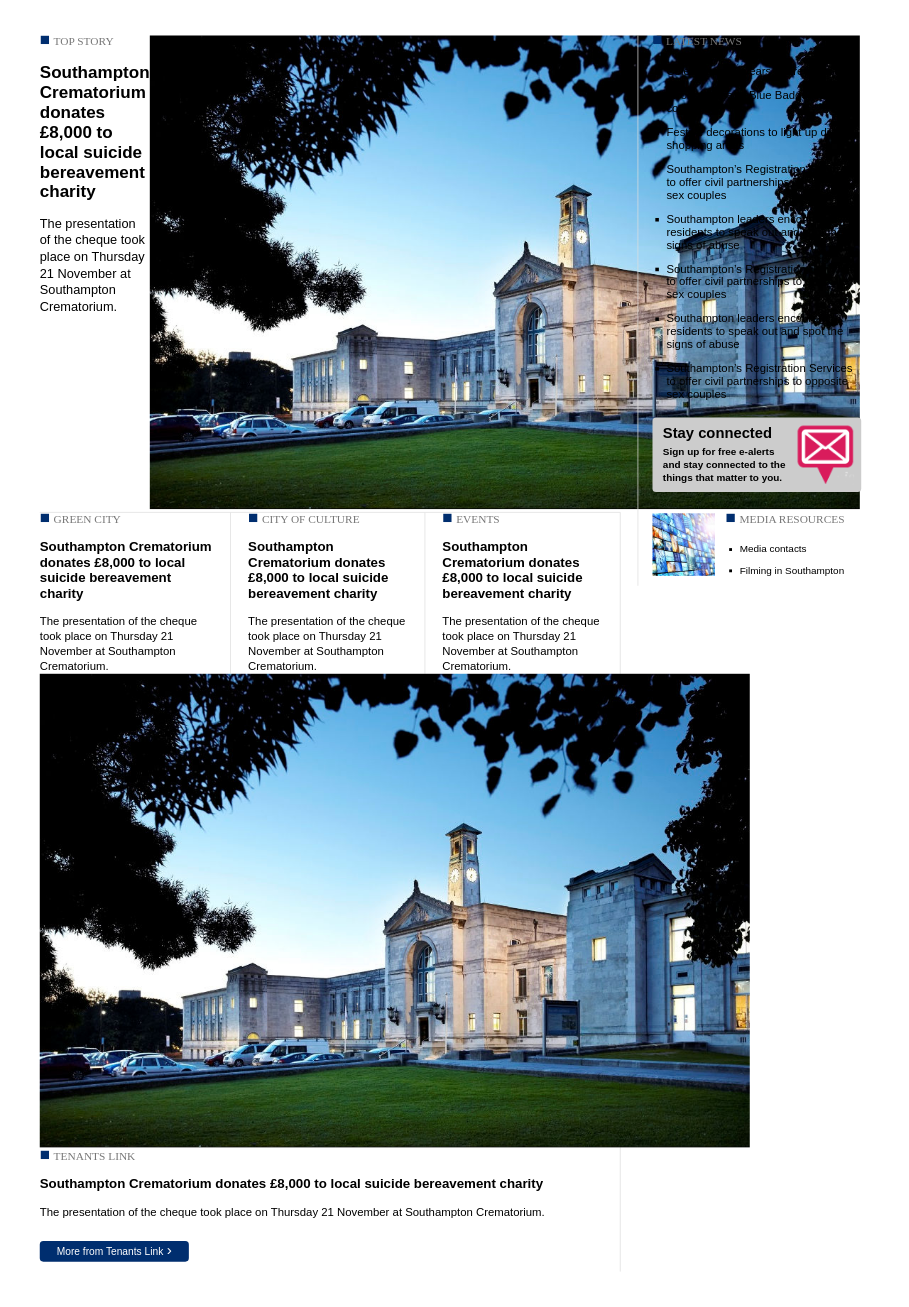
Repository: Domehead123/newspage
Page: news.html
The author's editor kept a record of every edit. The page is drawn from the files as they stood at one moment, then again after the next edit.
The browser window is 1280 px wide. The pictures show the whole page, at 71% of full size.
Some web libraries are served in a nearby version.

Above is the page before.

### news.html
<!DOCTYPE html>
<html lang="en">

<head>
    <meta charset="UTF-8">
    <meta name="viewport" content="width=device-width, initial-scale=1.0">
    <meta http-equiv="X-UA-Compatible" content="ie=edge">
    <script src="https://ajax.googleapis.com/ajax/libs/jquery/3.4.1/jquery.min.js"></script>

    <script src="https://kit.fontawesome.com/aae406265c.js" crossorigin="anonymous"></script>

    <link rel="stylesheet" href="news.css" type="text/css" />
    <title>News & Events</title>
</head>

<body>
    <div class="page-width">

        <div class="split-page">
            <div class="top-row">
                <div class="top-story">

                    <div class="subject-header">TOP STORY</div>


                    <h2><a href="#">Southampton Crematorium donates £8,000 to local suicide bereavement charity</a></h2>
                    <p><a href="#">The presentation of the cheque took place on Thursday 21 November at Southampton Crematorium.</a></p>
                </div>

                <div class="top-story-image">
                    <a href="#"><img src="images/civic-centre-2.jpg"></a>
                </div>
            </div>

            <div class="lower-stories">

                <div class="row">
                    <div class="topic right-border">
                        <div class="subject-header ">GREEN CITY</div>

                        <h3><a href="#">Southampton Crematorium donates £8,000 to local suicide bereavement charity</a></h3>
                        <p><a href="#">The presentation of the cheque took place on Thursday 21 November at Southampton Crematorium.</a></p>
                    </div>
                    <div class="topic right-border">
                        <div class="subject-header">CITY OF CULTURE</div>

                        <h3><a href="#">Southampton Crematorium donates £8,000 to local suicide bereavement charity</a></h3>
                        <p><a href="#">The presentation of the cheque took place on Thursday 21 November at Southampton Crematorium.</a></p>
                    </div>

                    <div class="topic">
                        <div class="subject-header ">EVENTS</div>

                        <h3><a href="#">Southampton Crematorium donates £8,000 to local suicide bereavement charity</a></h3>
                        <p><a href="#">The presentation of the cheque took place on Thursday 21 November at Southampton Crematorium.</a></p>

                    </div>

                </div>




                <div class="row">
                    <div class="lower-image">
                        <a href="#"><img src="images/civic-centre-2.jpg"></a>
                    </div>
                    <div class="tenants-container">
                        <div class="tenants">

                            <div class="subject-header ">TENANTS LINK</div>

                            <h3><a href="#">Southampton Crematorium donates £8,000 to local suicide bereavement charity</a></h3>
                            <p><a href="#">The presentation of the cheque took place on Thursday 21 November at Southampton Crematorium.</a></p>

                        </div>
                        <p class="more"><a href="#">More from Tenants Link</a></p>
                    </div>




                </div>

            </div>


        </div>

        <div class="side-panel">

            <div class="latest-news">
                <div class="subject-header">LATEST NEWS</div>

                <ul>
                    <li><a href="#">Celebrating 25 years of Trees for Life</a></li>
                    <li><a href="#">Wrongful use of Blue Badge leads to conviction</a></li>
                    <li><a href="#">Festive decorations to light up district shopping areas</li>
                    <li><a href="#">Southampton’s Registration Services to offer civil partnerships to opposite sex couples</a></li>
                    <li><a href="#">Southampton leaders encourage residents to speak out and spot the signs of abuse</a></li>
                    <li><a href="#">Southampton’s Registration Services to offer civil partnerships to opposite sex couples</a></li>
                    <li><a href="#">Southampton leaders encourage residents to speak out and spot the signs of abuse</a></li>
                    <li><a href="#">Southampton’s Registration Services to offer civil partnerships to opposite sex couples</a></li>
                </ul>
            </div>
            <div class="connected">

                <a href="#"><img src="images/connected.png"></a>
                <h2><a href="#">Stay connected</a></h2>

                <p><a href="#">Sign up for free e-alerts and stay connected to the things that matter to you.</a></p>
            </div>

            <div class="media">
                <div class="media-image">
                    <img src="images/media2.jpg">
                </div>


                <div class="media-text">
                    <div class="subject-header ">MEDIA RESOURCES</div>

                    <ul>
                        <li><a href="# ">Media contacts</a></li>
                        <li><a href="# ">Filming in Southampton</a></li>

                    </ul>
                </div>

            </div>






        </div>






</body>

</html>

### news.css
/* REMOVE LEFT-HAND NAV */

.sidebar__content {
    display: none !important;
}

.page-body {
    left: 0 !important;
    width: 100% !important;
    font-size: 20px;
}

.page-width {
    max-width: 1168px;
    margin: 50px auto;
    padding: 0 25px;
}


/* GENERAL STYLING AND LINKS */

h2,
h3,
h4,
li,
p {
    font-family: "franklin-gothic-urw", sans-serif;
}


p {
    font-size: 18px;
    line-height: 130%;
}


a {
    color: #000;
    text-decoration: none;
    transition: 0.4s all;
}

.centre {
    margin: 0 auto;
}


.topic:hover a,
.top-story:hover a,
.tenants:hover a,
.latest-news a:hover,
.connected:hover a,
.more a:hover,
.media a:hover {
    text-decoration: underline;
}

.subject-header {
    color: #777;
}

.subject-header:before {
    content: "\25A0";
    line-height: 0;
    font-size: 1.5em;
    color: #002e6f;
    margin-right: 5px;
}

/* MAIN CONTENT */

.split-page {
    display: inline-block;
    vertical-align: top;
    width: 70%;
}


.split-page .latest-news {
    padding: 25px 0;
    display: none;
    border-bottom: 1px solid #ddd;
    margin-bottom: 0;
}

.top-row {
    display: flex;
    border-bottom: 1px solid #ddd;
}

.middle-row {
    clear: both;
    display: flex;
    flex-wrap: wrap;
    border-bottom: 1px solid #ddd;
    padding: 25px 0 20px 0;
}

.bottom-row {
    clear: both;
    display: flex;
    padding: 25px 0;
}

.top-story {
    margin: 0;
    box-sizing: border-box;
}

.top-story::after {
    content: "";
    clear: both;
    display: table;
}


.top-large-pic {
    display: block;
    margin: 0 0 20px 20px;
    height: 200px;
    float: right;
}

.top-small-pic {
    display: none;
    float: right;
    margin: 0 0 20px 20px;
    height: 100px;
}

.topic {
    width: 33%;
    padding: 0 20px;
    box-sizing: border-box;
    display: inline-block;
    vertical-align: top;
}

.right-border {}

.topic p {
    font-size: 16px;
    margin-bottom: 0;
}

.tenants p {
    font-size: 16px;
}

.topic:nth-child(1) {
    padding: 0 20px 0 0;
    border-right: 1px solid #ddd;
}

.topic:nth-child(2) {
    border-right: 1px solid #ddd;
}

.lower-stories {
    border-right: 1px solid #ddd;
}

.bottom-large-pic {
    height: 200px;
    margin-right: 20px;
    float: left;
}

.bottom-small-pic {
    display: none;
    float: right;
    margin: 0 0 20px 20px;
    height: 100px;
}

.tenants-container {
    margin-right: 20px;
    box-sizing: border-box;
    display: inline-block;
    vertical-align: top;
}

.more {
    font-size: 0.9em;
    background: #002e6f;
    width: 200px;
    padding: 5px;
    text-align: center;
    border-radius: 5px;
}

.tenants-container .more {
    float: left;
}

.more a {
    color: #fff;
}

.more::after {
    content: "\203A";
    color: #fff;
    font-size: 1.5em;
    line-height: 0;
    margin-left: 5px;
    position: relative;
    top: 1px;
}



/* SIDE PANEL */

.side-panel {
    display: inline-block;
    vertical-align: top;
    width: 27%;
    margin-left: 20px;
    border-left: 1px solid #ddd;
    padding-left: 20px;
    box-sizing: border-box;
}

.latest-news {
    margin-bottom: 1.5em;
}

.latest-news ul,
.media ul {
    padding: 0 0 0 20px;
    margin-top: 1.5em;
}

.latest-news ul li,
.media ul li {
    margin: 0 0 1em 0;
    font-size: 16px;
    list-style-type: square;
}

.extras {
    display: flex;
    flex-wrap: wrap;
}


.connected {
    background: #ccc;
    padding: 10px 10px 10px 15px;
    border-radius: 5px;
    margin-bottom: 30px;
    width: 100%;
    box-sizing: border-box;
}

.connected img {
    float: right;
    height: 85px;
    margin-left: 10px;
}

.connected h2 {
    font-size: 1.3em;
    margin: 0 0 5px 0;
}

.connected p {
    font-size: 14px;
    font-weight: bold;
    margin: 0;
}


.connected::after {
    content: "";
    clear: both;
    display: table;
}

.media {
    width: 100%;

}

.media img {
    float: left;
    width: 30%;
    margin-right: 15px;
}

.media ul {
    padding: 0 0 0 20px;
    margin-top: 1.5em;
    margin-bottom: 0;
    display: inline-block;
    box-sizing: border-box;
    width: 60%;
}

.media ul li {
    margin: 0 0 1em 0;
    list-style-type: square;
    font-size: 14px;
}

.extras {
    display: flex;
}


@media only screen and (max-width: 1000px) {
@media only screen and (max-width: 1150px) {
    .top-story-video {
        width: 100%;
    }



}
    .split-page {
        width: 100%;
    }

    .side-panel {
        width: 100%;
        border-left: 0;
        margin: 0;
        padding: 0;
    }

    .split-page .latest-news {
        display: block
    }

    .side-panel .latest-news {
        display: none;
    }

    .connected {
        width: 45%;
        margin-right: 25px;
        margin-bottom: 0;
    }

    .media {
        width: 45%;
        border: 1px solid #ddd;
        padding: 15px;
        border-radius: 5px;
        box-sizing: content-box;
    }

}


@media only screen and (max-width: 750px) {
    .top-large-pic {
        display: none;
    }

    .top-small-pic {
        display: block;
    }

    .bottom-large-pic {
        display: none;
    }

    .bottom-small-pic {
        display: block;
    }

    .tenants-container {
        margin-right: 0;
    }

    .tenants-container .more {
        float: none;
        margin: 10px auto;
        clear: both;
    }

}


@media only screen and (max-width: 660px) {
    .connected {
        width: 100%;
        margin-right: 0;
        margin-bottom: 25px;
    }

    .media {
        width: 100%;
    }

    .media img {
        height: 100px;
        width: auto;
    }



}


@media only screen and (max-width: 600px) {
    .topic {
        width: 100%;
    }

    .topic:nth-child(1) {
        padding: 0 0 25px 0;
        border-right: 0;
        border-bottom: 1px solid #ddd;
    }

    .topic:nth-child(2) {
        padding: 25px 0;
        border-right: 0;
        border-bottom: 1px solid #ddd;
    }

    .topic:nth-child(3) {
        padding: 25px 0 0 0;
    }


}



@media only screen and (max-width: 450px) {

    .top-small-pic,
    .bottom-small-pic {
        height: auto;
        width: 100%;
    }
}



@media only screen and (max-width: 400px) {

    .media img {
        display: none;
    }
}

After the next edit:
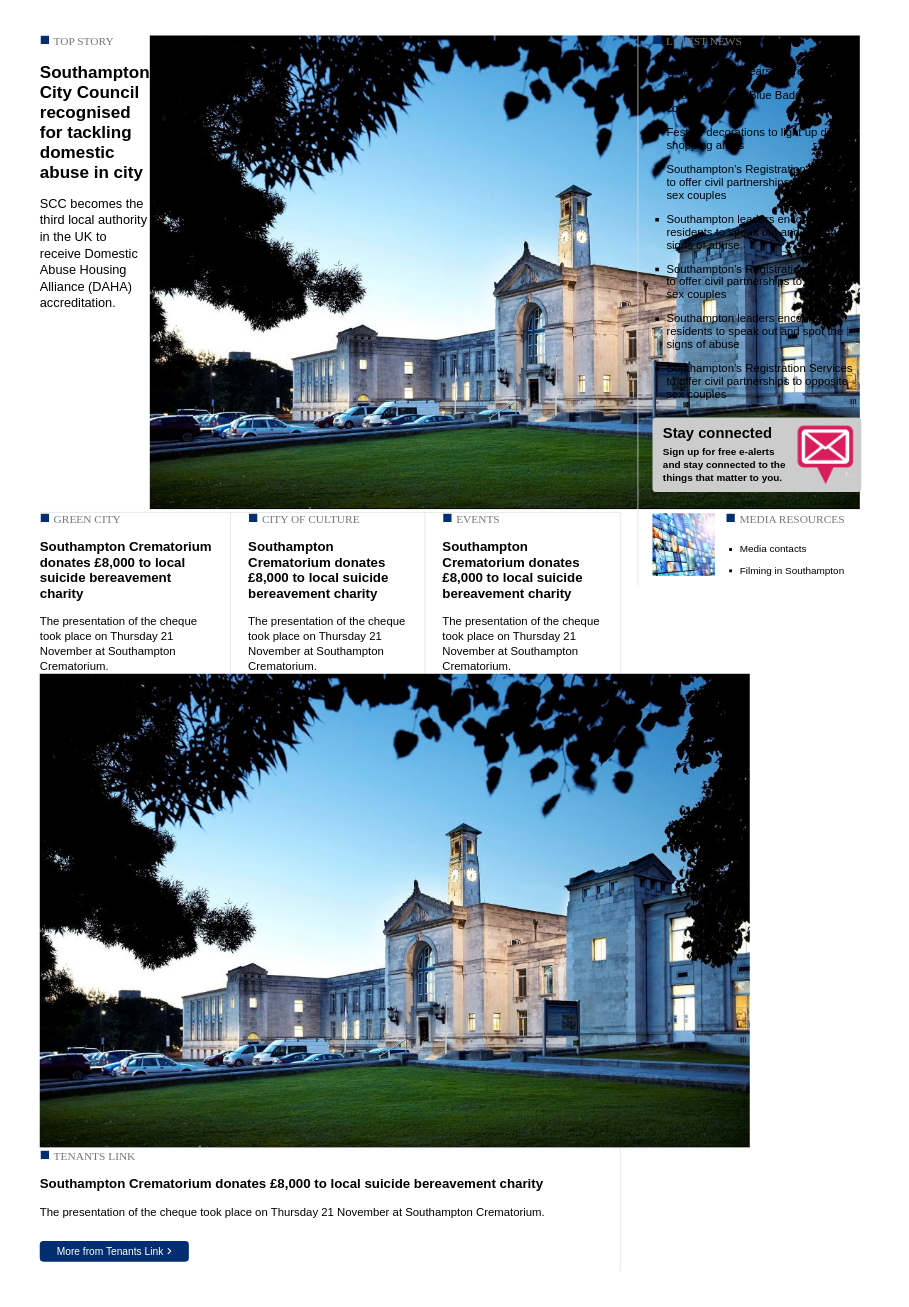
The edit:
--- a/news.html
+++ b/news.html
@@ -23,8 +23,9 @@
                     <div class="subject-header">TOP STORY</div>
 
 
-                    <h2><a href="#">Southampton Crematorium donates £8,000 to local suicide bereavement charity</a></h2>
-                    <p><a href="#">The presentation of the cheque took place on Thursday 21 November at Southampton Crematorium.</a></p>
+                    <h2><a href="#">
+Southampton City Council recognised for tackling domestic abuse in city</a></h2>
+                    <p><a href="#">SCC becomes the third local authority in the UK to receive Domestic Abuse Housing Alliance (DAHA) accreditation.</a></p>
                 </div>
 
                 <div class="top-story-image">
